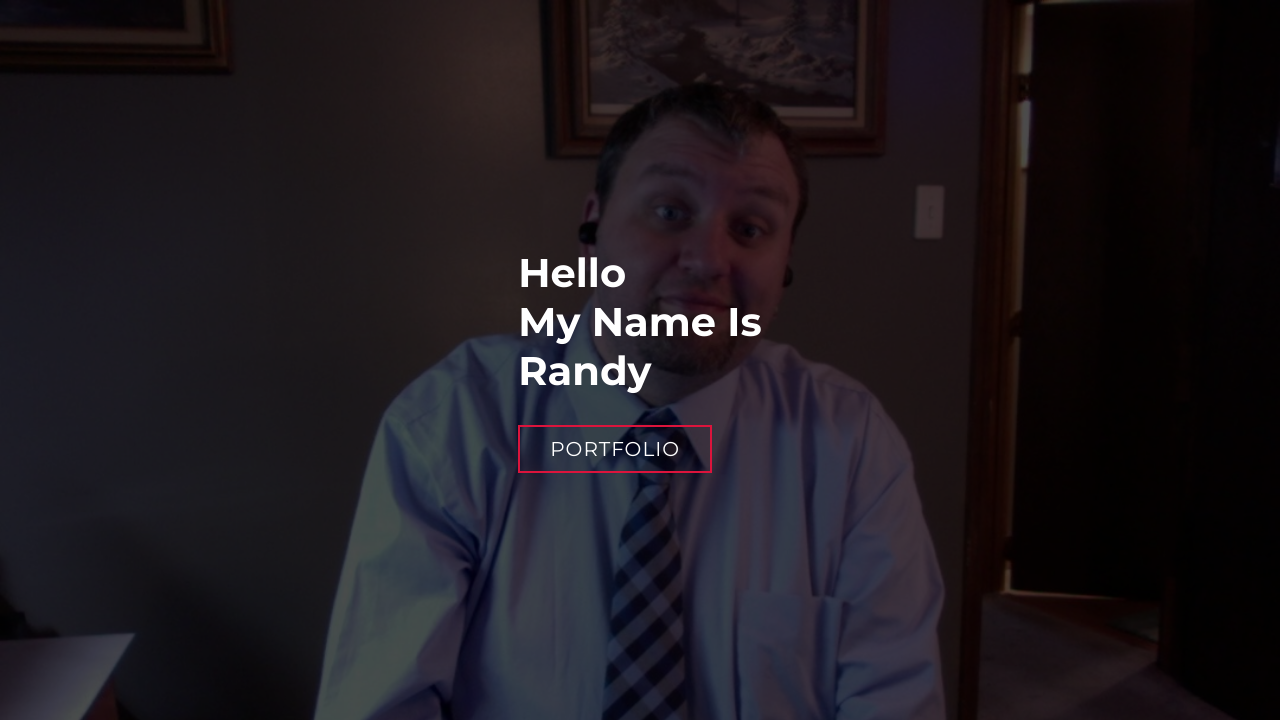
Repository: randysteele/my-portfolio-2023
Page: index.html
These files come from the project's save history. The page is drawn as it stood at one moment and after the next save; the edit follows.
The browser window is 1280 px wide. The pictures show the whole page.

Above is the page before, as saved 2023-04-22 14:34:34.

After the next save:
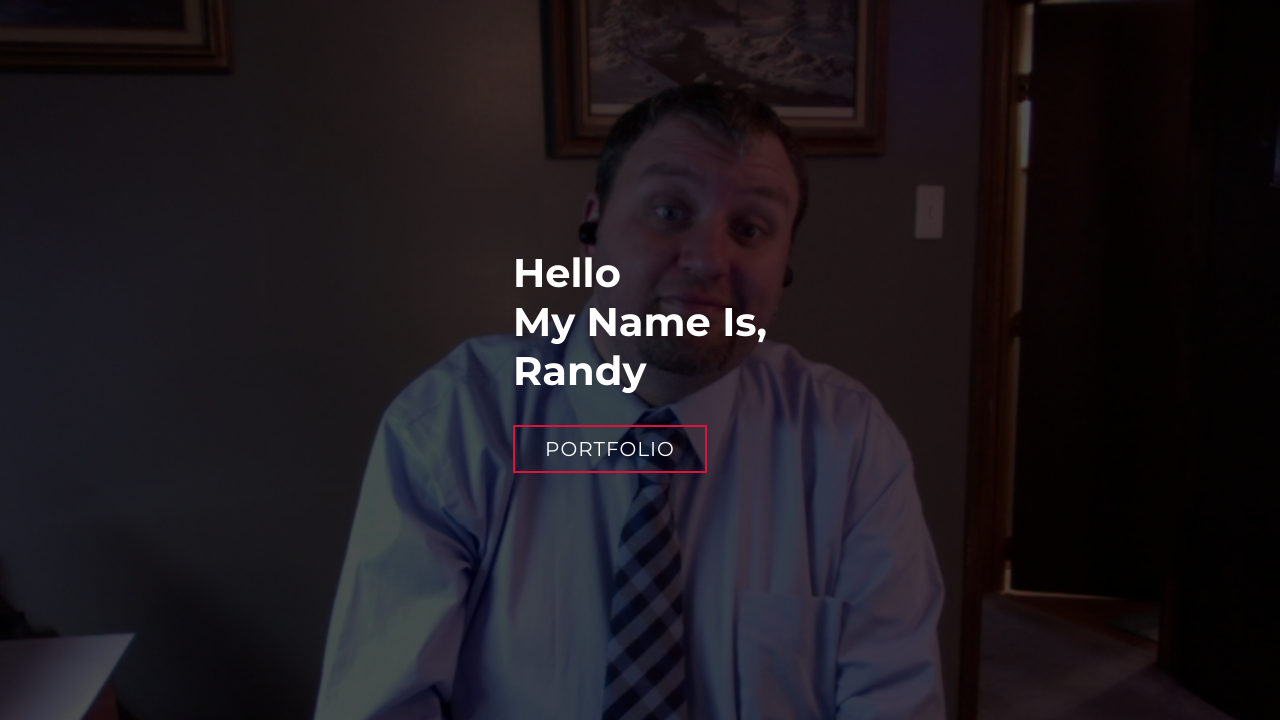
Saved 7 s later.
--- a/index.html
+++ b/index.html
@@ -13,7 +13,7 @@
         <div class="hero container">
             <div>
             <h1>Hello</h1>
-            <h1>My Name Is</h1>
+            <h1>My Name Is,</h1>
             <h1>Randy</h1>
             <a href="#" type="button" class="cta">Portfolio</a>
         </div>

After the save that followed:
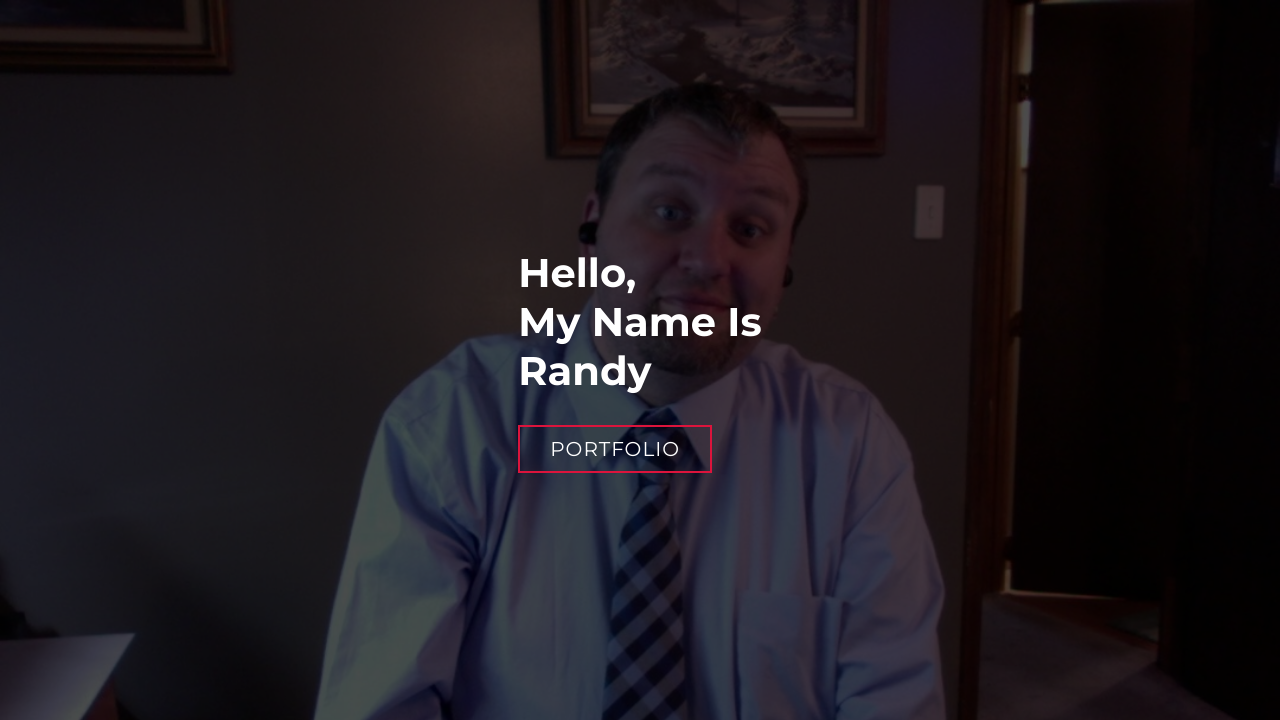
Saved 7 s later.
--- a/index.html
+++ b/index.html
@@ -12,8 +12,8 @@
     <section id="hero">
         <div class="hero container">
             <div>
-            <h1>Hello</h1>
-            <h1>My Name Is,</h1>
+            <h1>Hello,</h1>
+            <h1>My Name Is</h1>
             <h1>Randy</h1>
             <a href="#" type="button" class="cta">Portfolio</a>
         </div>
